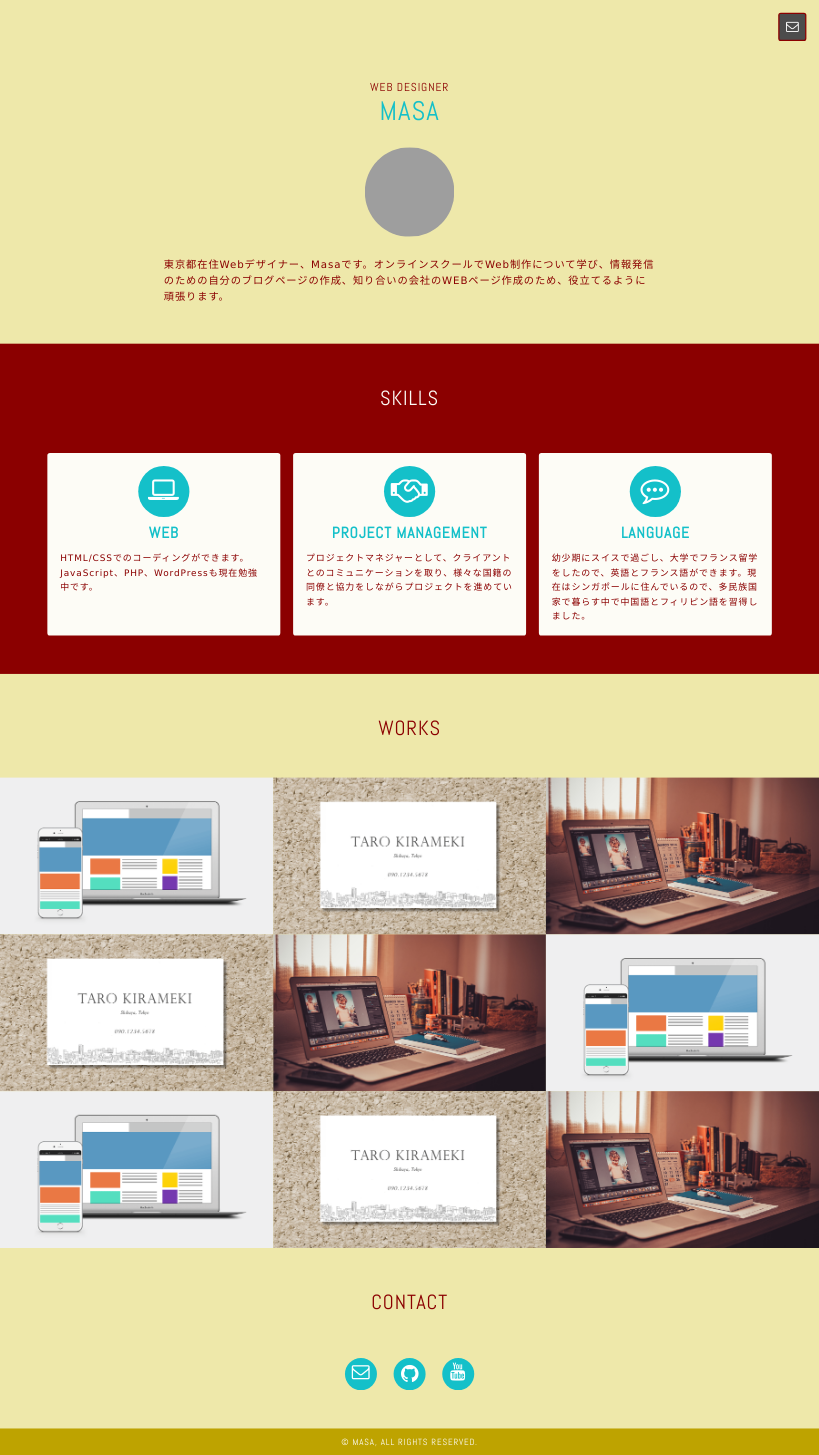
Repository: mochiai0908/maasa
Page: portofolio/index.html
The author's editor kept a record of every edit. The page is drawn from the files as they stood at one moment, then again after the next edit.
The browser window is 1280 px wide. The pictures show the whole page, at 64% of full size.
The pointer rests on the first visible `.button-contact`.
Pictures or frames that could not be fetched are drawn as grey boxes. Some web libraries are served in a nearby version.

Above is the page before.

After the next edit:
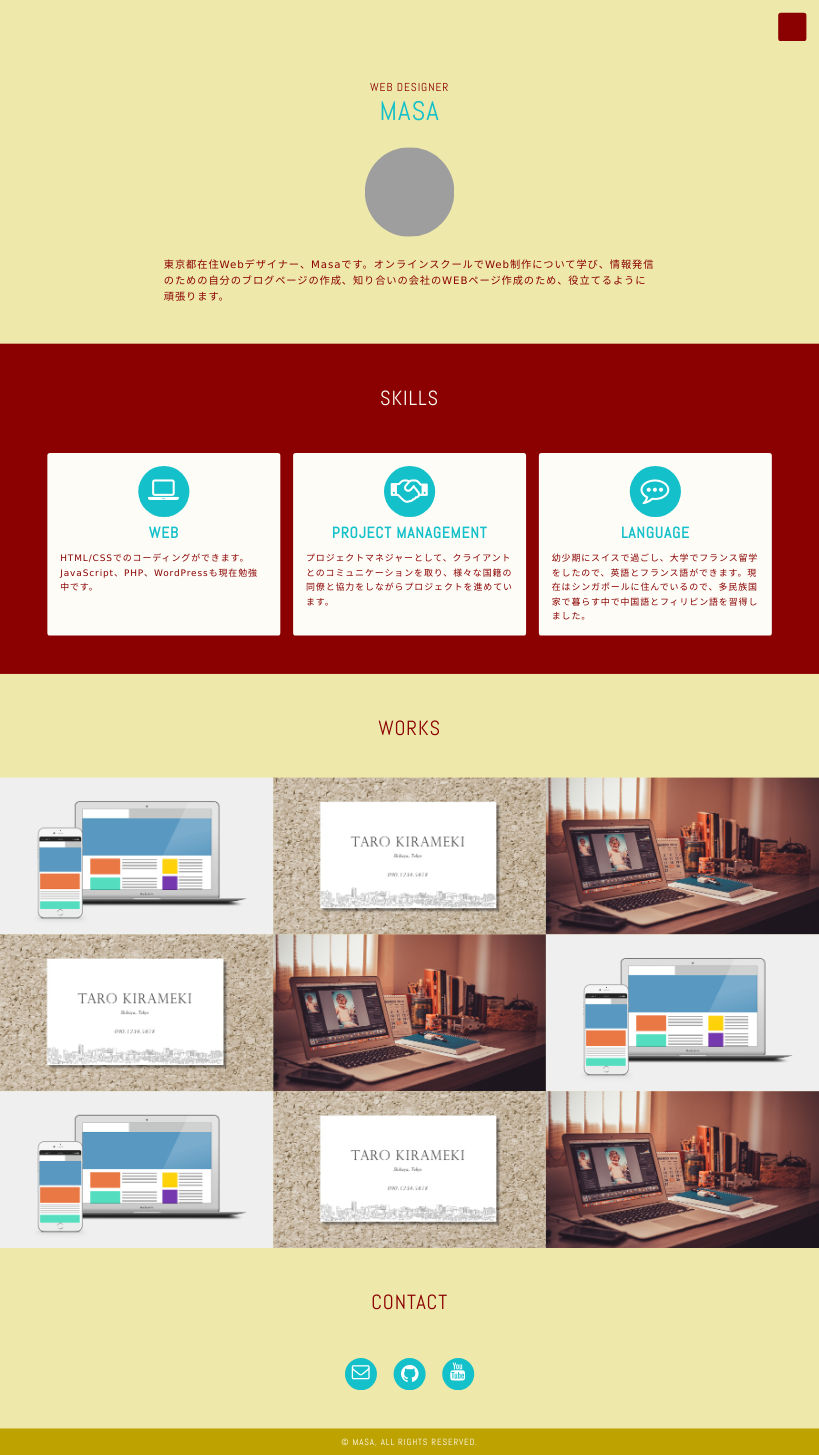
The edit:
--- a/portofolio/css/style.css
+++ b/portofolio/css/style.css
@@ -94,8 +94,8 @@
 .button-contact:hover,
 .button-contact:active
 {
-    color: #fff;
-    background-color: #4c4c4c;
+    color: #8b0000;
+    background-color: #8b0000;
 }
 
 header .profile
